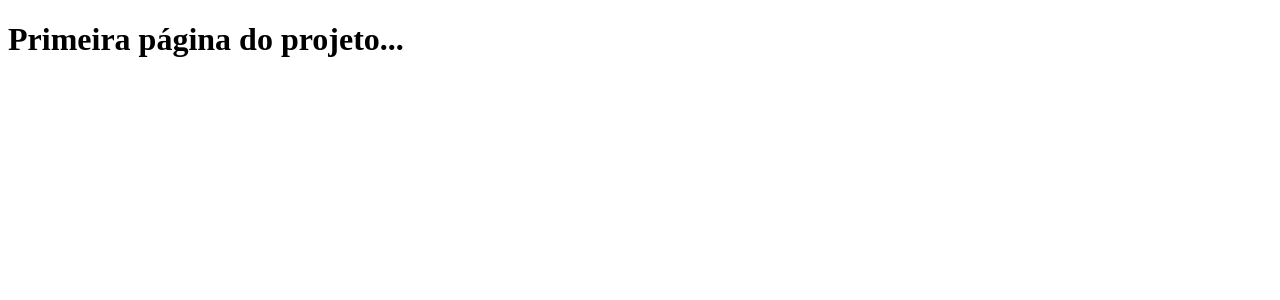
Repository: rewthnunes/projetoAgenda
Page: fj21-agenda/WebContent/index.html
An editor plug-in stored every save of this project. The page is shown before and after the next save, followed by the edit.
The browser window is 1280 px wide. The pictures show the whole page.

Above is the page before, as saved 2018-02-09 18:51:15.

After the next save:
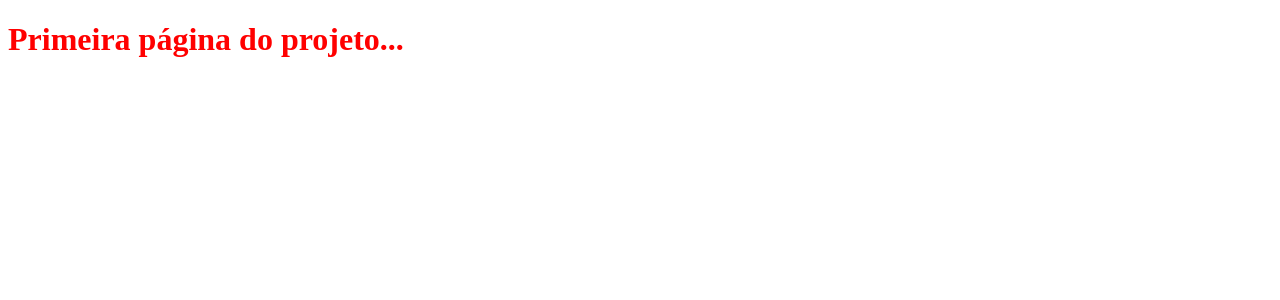
Saved 4 days later.
--- a/fj21-agenda/WebContent/index.html
+++ b/fj21-agenda/WebContent/index.html
@@ -1,6 +1,12 @@
 <!DOCTYPE html>
 <html>
 <head>
+<style type="text/css">
+	 h1 { color: red; }
+     h2 { color: #0f0; }
+     p  { color: rgb(0,0,255); }
+</style>
+
 <meta charset="ISO-8859-1">
 <title>Projeto Agenda</title>
 </head>
